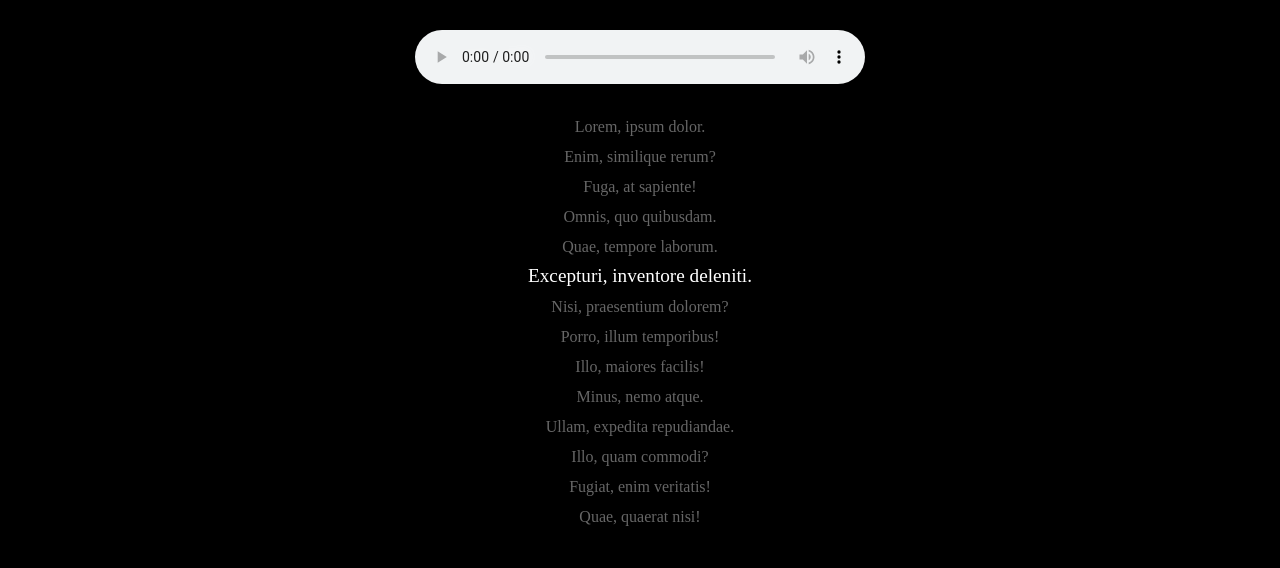
Repository: zhaojunyan9528/music-scroll
Page: index.html
An editor plug-in stored every save of this project. The page is shown before and after the next save, followed by the edit.
The browser window is 1280 px wide. The pictures show the whole page.

Above is the page before, as saved 2023-11-23 14:28:59.

### index.html
<!DOCTYPE html>
<html lang="en">
<head>
  <meta charset="UTF-8">
  <meta name="viewport" content="width=device-width, initial-scale=1.0">
  <title>Music</title>
  <link rel="stylesheet" href="./css/index.css">
</head>
<body>
  <audio src="./assets/music.mp3" controls></audio>
  <div class="container">
    <ul class="lrc-list">
      <li>Lorem, ipsum dolor.</li>
      <li>Enim, similique rerum?</li>
      <li>Fuga, at sapiente!</li>
      <li>Omnis, quo quibusdam.</li>
      <li>Quae, tempore laborum.</li>
      <li class="active">Excepturi, inventore deleniti.</li>
      <li>Nisi, praesentium dolorem?</li>
      <li>Porro, illum temporibus!</li>
      <li>Illo, maiores facilis!</li>
      <li>Minus, nemo atque.</li>
      <li>Ullam, expedita repudiandae.</li>
      <li>Illo, quam commodi?</li>
      <li>Fugiat, enim veritatis!</li>
      <li>Quae, quaerat nisi!</li>
      <li>At, enim eos!</li>
      <li>Consectetur, pariatur possimus?</li>
      <li>Provident, eaque eveniet.</li>
      <li>Odit, nihil explicabo?</li>
      <li>Magnam, mollitia consequatur?</li>
      <li>Mollitia, blanditiis labore.</li>
      <li>Consequatur, laborum nemo!</li>
      <li>Consectetur, facilis. Labore.</li>
      <li>Eos, aliquid nesciunt?</li>
      <li>Iusto, cumque rem.</li>
      <li>Cumque, sit velit?</li>
      <li>Labore, error molestias?</li>
      <li>Saepe, nostrum quas.</li>
      <li>Quod, voluptate natus!</li>
      <li>Blanditiis, molestias voluptatibus!</li>
      <li>Temporibus, dicta aut!</li>
    </ul>
  </div>
  <script src="./js/data.js"></script>
  <script src="./js/index.js"></script>
</body>
</html>

### css/index.css
* {
  margin: 0;
  padding: 0;
}
body {
  background-color: black;
  color: #666;
  text-align: center;
}
audio {
  width: 450px;
  margin: 30px 0;
}
.container {
  height: 420px;
  overflow: hidden;
}
.lrc-list {
  transition: 0.2s;
  /* 歌词向上滚动过渡 */
  /* 只针对数值类属性有效 */
}
li {
  list-style: none;
  height: 30px;
  line-height: 30p;
  transition: 0.2s;
  /* active过渡 */
}
li.active {
  color: white;
  transform: scale(1.2);
}

### js/data.js
var lrc = `[00:00.000] 作曲 : 周华健
[00:02.000]
[00:31.476]笑你我枉花光心计
[00:34.102]爱竞逐镜花那美丽
[00:36.702]怕幸运会转眼远逝
[00:39.292]为贪嗔喜恶怒着迷
[00:41.882]责你我太贪功恋势
[00:44.511]怪大地众生太美丽
[00:47.141]悔旧日太执信约誓
[00:49.754]为悲欢哀怨妒着迷
[00:52.383]啊 哈
[00:55.012]舍不得 璀璨俗世
[00:57.604]啊 哈
[01:00.242]躲不开 痴恋的欣慰
[01:02.819]啊 哈
[01:05.451]找不到 色相代替
[01:08.019]啊 哈
[01:10.621]参一生 参不透 这条难题
[01:13.044]吞风吻雨 葬落日
[01:14.527]未曾彷徨
[01:15.622]欺山赶海 践雪径
[01:17.144]也未绝望
[01:18.176]拈花把酒 偏折煞
[01:19.720]世人情狂
[01:20.802]凭这两眼 与百臂
[01:22.345]或千手 不能防
[01:23.654]天阔阔 雪漫漫
[01:24.954]共谁同航
[01:26.030]这沙滚滚 水皱皱
[01:27.543]笑着浪荡
[01:28.668]贪欢一饷
[01:29.482]偏教那女儿 情长埋葬
[01:33.927]吞风吻雨 葬落日
[01:35.384]未曾彷徨
[01:36.533]欺山赶海 践雪径
[01:38.037]也未绝望
[01:39.099]拈花把酒 偏折煞
[01:40.601]世人情狂
[01:41.743]凭这两眼 与百臂
[01:43.216]或千手 不能防
[01:44.548]天阔阔 雪漫漫
[01:45.833]共谁同航
[01:46.990]这沙滚滚 水皱皱
[01:48.440]笑着浪荡
[01:49.541]贪欢一饷
[01:50.399]偏教那女儿 情长埋葬
[01:54.428]
[02:15.934]笑你我枉花光心计
[02:18.559]爱竞逐镜花那美丽
[02:21.128]怕幸运会转眼远逝
[02:23.770]为贪嗔喜恶怒着迷
[02:26.368]责你我太贪功恋势
[02:28.994]怪大地众生太美丽
[02:31.524]悔旧日太执信约誓
[02:34.176]为悲欢哀怨妒着迷
[02:36.798]啊 哈
[02:39.391]舍不得 璀璨俗世
[02:42.013]啊 哈
[02:44.626]躲不开 痴恋的欣慰
[02:47.207]啊 哈
[02:49.844]找不到 色相代替
[02:52.451]啊 哈
[02:55.072]参一生 参不透 这条难题
[02:57.430]吞风吻雨 葬落日
[02:58.976]未曾彷徨
[03:00.071]欺山赶海 践雪径
[03:01.574]也未绝望
[03:02.650]拈花把酒 偏折煞
[03:04.175]世人情狂
[03:05.241]凭这两眼 与百臂
[03:06.760]或千手 不能防
[03:08.119]天阔阔 雪漫漫
[03:09.400]共谁同航
[03:10.474]这沙滚滚 水皱皱
[03:11.970]笑着浪荡
[03:13.078]贪欢一饷
[03:13.959]偏教那女儿 情长埋葬 呜
[03:18.298]吞风吻雨 葬落日
[03:19.880]未曾彷徨
[03:20.929]欺山赶海 践雪径
[03:22.462]也未绝望
[03:23.498]拈花把酒 偏折煞
[03:25.043]世人情狂
[03:26.100]凭这两眼 与百臂
[03:27.638]或千手 不能防
[03:28.977]天阔阔 雪漫漫
[03:30.286]共谁同航
[03:31.365]这沙滚滚 水皱皱
[03:32.879]笑着浪荡
[03:33.926]贪欢一饷
[03:34.824]偏教那女儿 情长埋葬
[03:39.151]吞风吻雨 葬落日
[03:40.733]未曾彷徨
[03:41.796]欺山赶海 践雪径
[03:43.291]也未绝望
[03:44.353]拈花把酒 偏折煞
[03:45.887]世人情狂
[03:46.953]凭这两眼 与百臂
[03:48.511]或千手 不能防
[03:49.842]天阔阔 雪漫漫
[03:51.154]共谁同航
[03:52.234]这沙滚滚 水皱皱
[03:53.775]笑着浪荡
[03:54.781]贪欢一饷
[03:55.714]偏教那女儿 情长埋葬
[04:00.056]吞风吻雨 葬落日
[04:01.577]未曾彷徨
[04:02.649]欺山赶海 践雪径
[04:04.170]也未绝望
[04:05.226]拈花把酒 偏折煞
[04:06.788]世人情狂
[04:07.854]凭这两眼 与百臂
[04:09.402]或千手 不能防
[04:10.721]天阔阔 雪漫漫
[04:12.047]共谁同航
[04:13.143]这沙滚滚 水皱皱
[04:14.581]笑着浪荡
[04:15.654]贪欢一饷
[04:16.588]偏教那女儿 情长埋葬
`

### js/index.js
// console.log(lrc)

/**
 * 解析歌词对象
 * 得到歌词数组
 * 每个歌词对象： {time: 开始时间, words: 歌词内容}
 * @returns 歌词数组
 */
function parseLrc() {
  let lines = lrc.split('\n')
  let lrcArr = []
  lines.forEach(line => {
    let [time, words] = line.slice(1).split(']')
    lrcArr.push({time: parseTime(time), words})
  })
  return lrcArr
}
// '00:49.754'
function parseTime(str) {
  let [minute, second] = str.split(':')
  return (Number(minute) * 60 + Number(second)).toFixed(3)
}

let doms = {
  audio: document.querySelector('audio'),
  ul: document.querySelector('ul')
}
// 获取歌词数据
let lrcData = parseLrc()

// 歌词高亮显示的下标，哪一行
function findIndex() {
  // 播放器当前时间
  let curTime = doms.audio.currentTime
  for (let index = 0; index < lrcData.length; index++) {
    const lrc = lrcData[index];
    if (curTime < lrc.time) {
      return index - 1
    }
  }
  return lrcData.length - 1
}

function createLrcElements() {
  for (let index = 0; index < lrcData.length; index++) {
    const lrc = lrcData[index];
    let li = document.createElement('li')
    li.textContent =  lrc.words
    doms.ul.appendChild(li)
  }
}
createLrcElements()

After the next save:
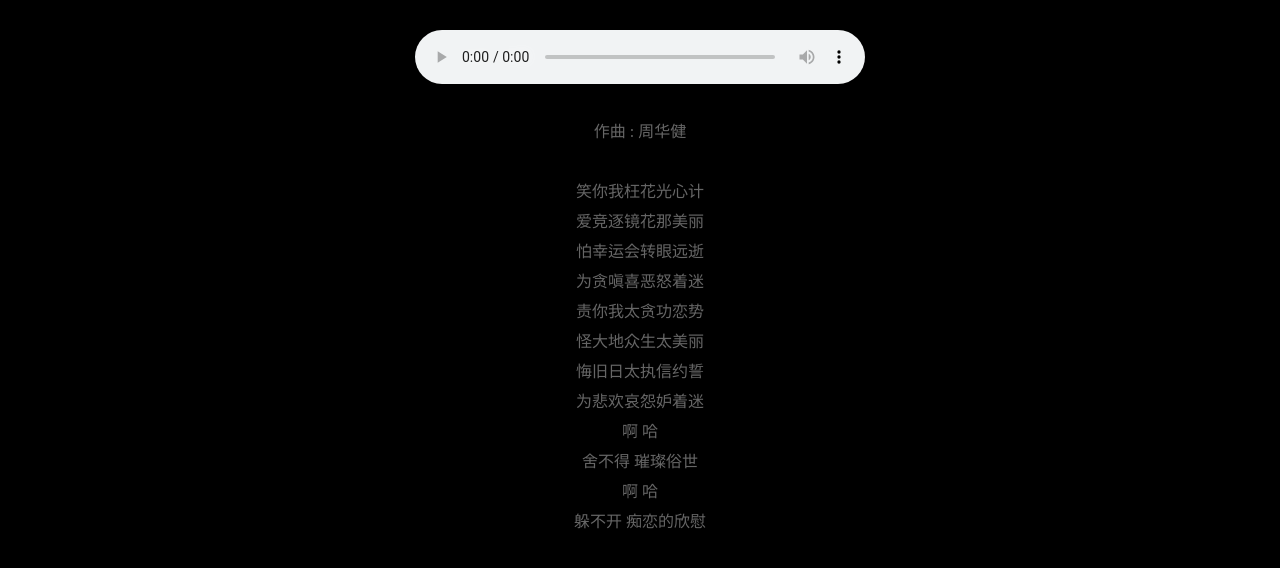
Saved 9 s later.
--- a/index.html
+++ b/index.html
@@ -10,36 +10,6 @@
   <audio src="./assets/music.mp3" controls></audio>
   <div class="container">
     <ul class="lrc-list">
-      <li>Lorem, ipsum dolor.</li>
-      <li>Enim, similique rerum?</li>
-      <li>Fuga, at sapiente!</li>
-      <li>Omnis, quo quibusdam.</li>
-      <li>Quae, tempore laborum.</li>
-      <li class="active">Excepturi, inventore deleniti.</li>
-      <li>Nisi, praesentium dolorem?</li>
-      <li>Porro, illum temporibus!</li>
-      <li>Illo, maiores facilis!</li>
-      <li>Minus, nemo atque.</li>
-      <li>Ullam, expedita repudiandae.</li>
-      <li>Illo, quam commodi?</li>
-      <li>Fugiat, enim veritatis!</li>
-      <li>Quae, quaerat nisi!</li>
-      <li>At, enim eos!</li>
-      <li>Consectetur, pariatur possimus?</li>
-      <li>Provident, eaque eveniet.</li>
-      <li>Odit, nihil explicabo?</li>
-      <li>Magnam, mollitia consequatur?</li>
-      <li>Mollitia, blanditiis labore.</li>
-      <li>Consequatur, laborum nemo!</li>
-      <li>Consectetur, facilis. Labore.</li>
-      <li>Eos, aliquid nesciunt?</li>
-      <li>Iusto, cumque rem.</li>
-      <li>Cumque, sit velit?</li>
-      <li>Labore, error molestias?</li>
-      <li>Saepe, nostrum quas.</li>
-      <li>Quod, voluptate natus!</li>
-      <li>Blanditiis, molestias voluptatibus!</li>
-      <li>Temporibus, dicta aut!</li>
     </ul>
   </div>
   <script src="./js/data.js"></script>
